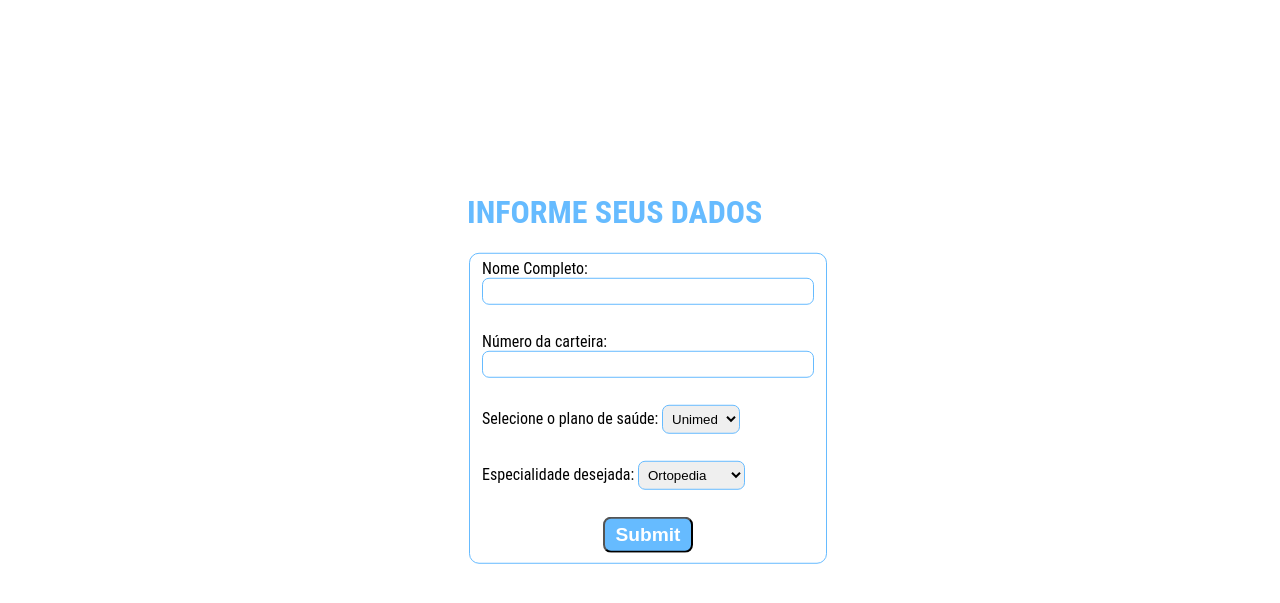
Repository: ohenriquesouza/HospitalCRUD-using-JavaEE
Page: JSP_test/src/main/webapp/novaConsulta.html
The author's editor kept a copy of each file at every save. The page is drawn from the files as they stood at one save, then again after the next save.
The browser window is 1280 px wide. The pictures show the whole page.
Some web fonts or font styles are not loaded; a fallback is used.

Above is the page before, as saved 2022-12-27 16:37:14.

After the next save:
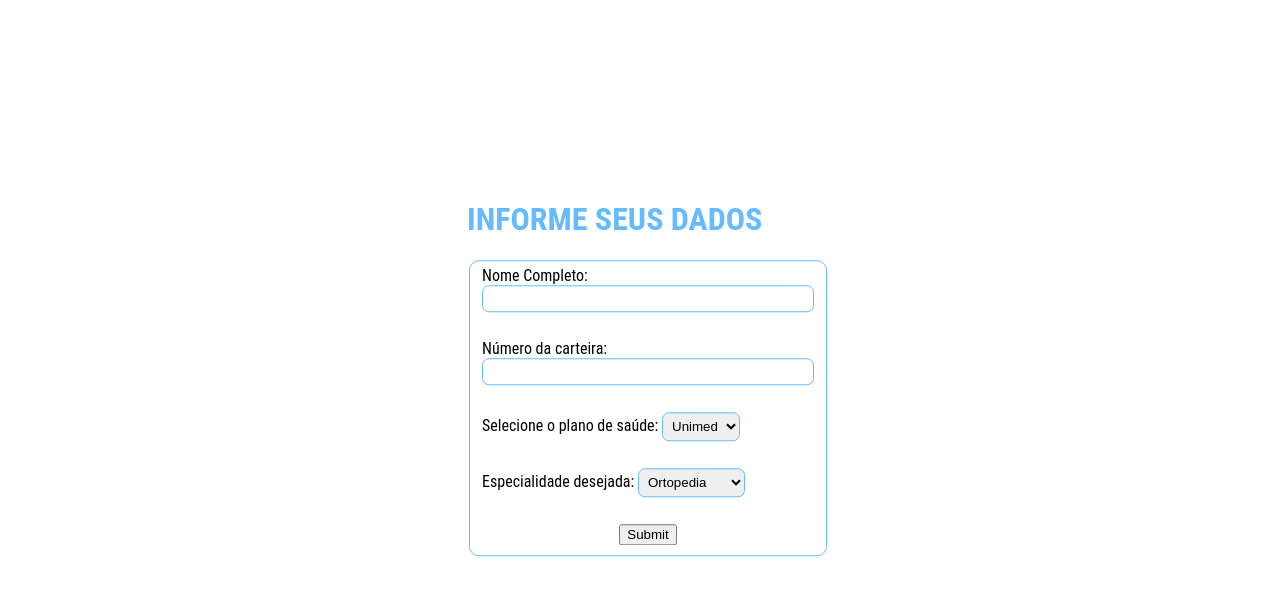
Saved 11 s later.
--- a/JSP_test/src/main/webapp/novaConsulta.html
+++ b/JSP_test/src/main/webapp/novaConsulta.html
@@ -73,7 +73,7 @@
 						</select>
                     </div>
                     <br>
-                    <center><input class="botao1" type="submit"></input></center>
+                    <center><input class="botao2" type="submit"></input></center>
                 </fieldset>
             </form>
         </div>
